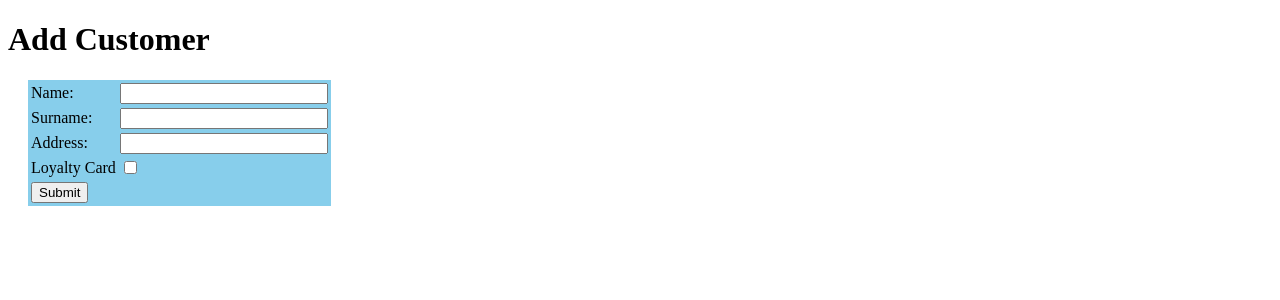
Repository: ieuqirne/Software_Architecture
Page: http://localhost/DE_Store/addCustomer.html
These files come from the project's save history. The page is drawn as it stood at one moment and after the next save; the edit follows.
The browser window is 1280 px wide. The pictures show the whole page.
The page is served by Tomcat 9. Other server files are loaded and not shown.

Above is the page before, as saved 2019-11-24 14:34:15.

### DE_Store/WebContent/addCustomer.html
 <!DOCTYPE html>
<html>
<head>
<meta charset="ISO-8859-1">
<title>Add Customer</title>
</head>
<body>
	<h1>Add Customer</h1>
	<form action=ManagerAddCustomer.jsp method="post">
		<table style="background-color: skyblue; margin-left: 20px; margin-left: 20px;">
			<tr><td>Name:</td><td><input type="text" name="name" style="width: 200px"></td></tr>
			<tr><td>Surname:</td><td><input type="text" name="surname" style="width: 200px"></td></tr>
			<tr><td>Address:</td><td><input type="text" name="address" style="width: 200px"></td></tr>
			<tr><td>Loyalty Card</td><td><input type="checkbox" name="loyalty"></td></tr>
			<tr><td><input type="submit" value="Submit"></td></tr>
		</table>
	</form>
	<!--  Complete Interface addCustomer. -->
</body>
</html>

After the next save:
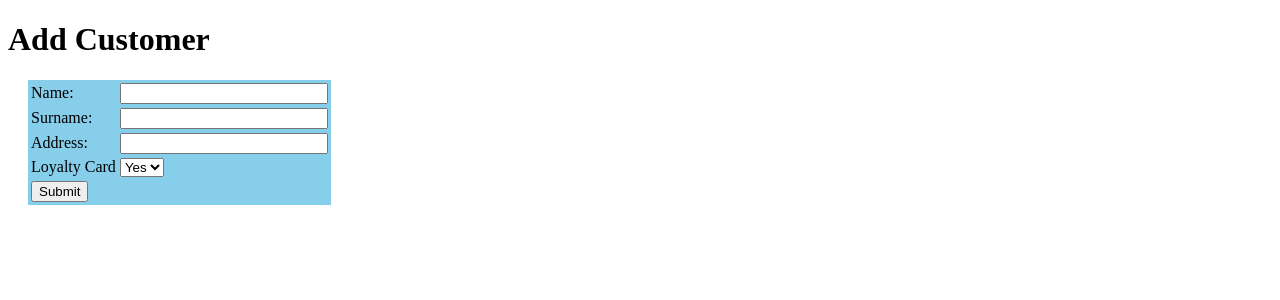
Saved 8 min 56 s later.
--- a/DE_Store/WebContent/addCustomer.html
+++ b/DE_Store/WebContent/addCustomer.html
@@ -11,7 +11,12 @@
 			<tr><td>Name:</td><td><input type="text" name="name" style="width: 200px"></td></tr>
 			<tr><td>Surname:</td><td><input type="text" name="surname" style="width: 200px"></td></tr>
 			<tr><td>Address:</td><td><input type="text" name="address" style="width: 200px"></td></tr>
-			<tr><td>Loyalty Card</td><td><input type="checkbox" name="loyalty"></td></tr>
+			<tr><td>Loyalty Card</td><td>
+										<select name ="loyalty">
+											<option value="Yes">Yes</option>
+											<option value="No">No</option>
+										</select>
+								</td></tr>
 			<tr><td><input type="submit" value="Submit"></td></tr>
 		</table>
 	</form>
